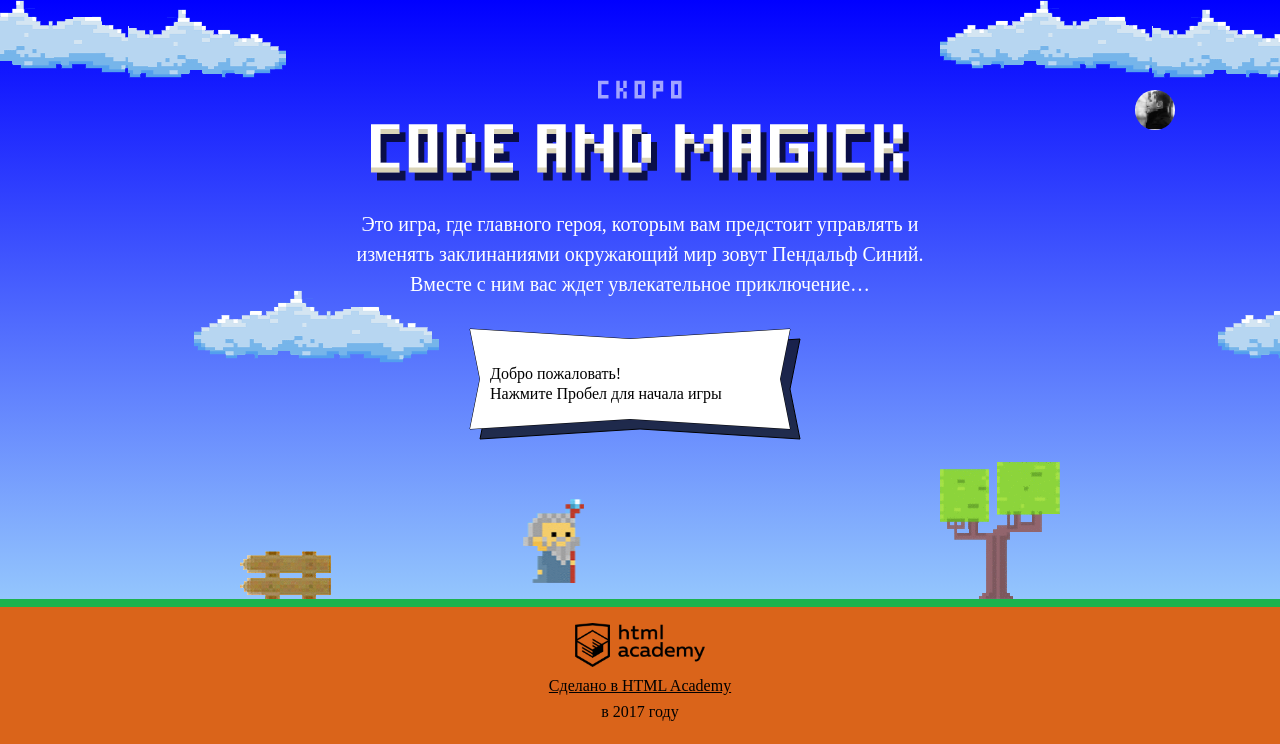
Repository: infernotw/1054987-code-and-magick-18
Page: index.html
An editor plug-in stored every save of this project. The page is shown before and after the next save, followed by the edit.
The browser window is 1280 px wide. The pictures show the whole page.
Some web fonts or font styles are not loaded; a fallback is used.

Above is the page before, as saved 2019-09-11 19:48:24.
Console error: SyntaxError: Unexpected end of input

After the next save:
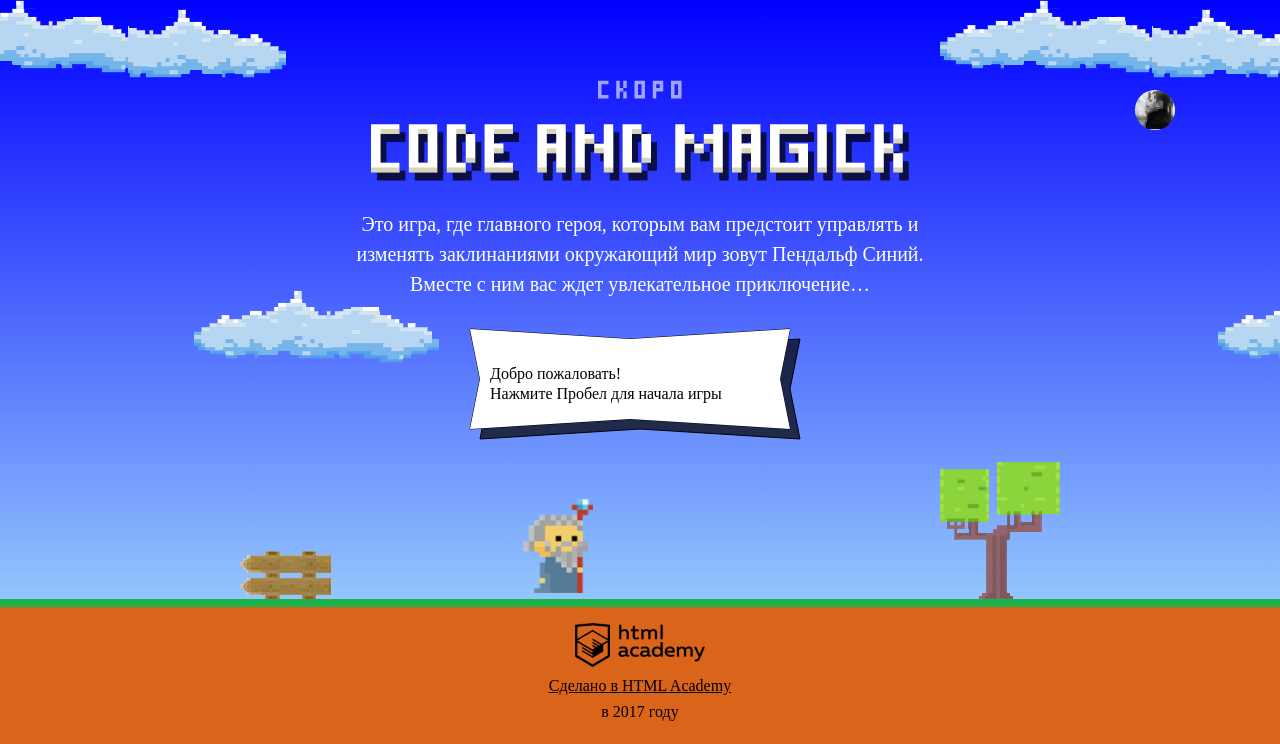
The error is gone.
Saved 45 s later.
--- a/index.html
+++ b/index.html
@@ -190,7 +190,9 @@
       return left ? 5 : 2;
   };
 
-  var getWizardHeight = function()
+  var getWizardHeight = function() {
+    return 1.337 * wizardWidth;
+  };
 
 
 </script>
